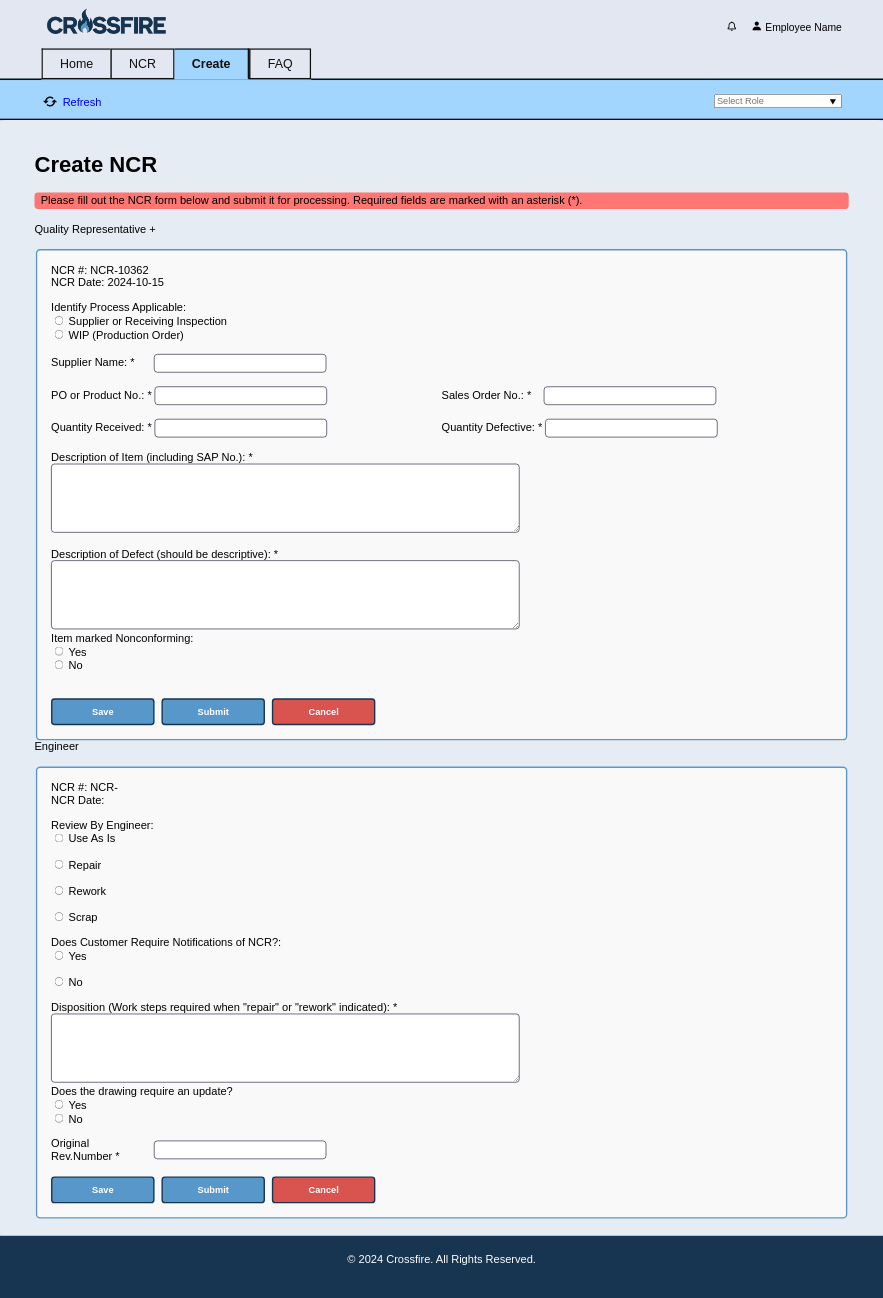
Repository: NyleNC/OSSProg1180
Page: OSS-CrossFire/create - Copy.html
These files come from the project's save history. The page is drawn as it stood at one moment and after the next save; the edit follows.
The browser window is 1280 px wide. The pictures show the whole page, at 69% of full size.

Above is the page before, as saved 2024-11-18 09:57:18.
Console error: TypeError: Cannot read properties of null (reading 'addEventListener')

### OSS-CrossFire/create - Copy.html
<!DOCTYPE html>
<html lang="en">
<head>
    <meta charset="UTF-8">
    <meta name="viewport" content="width=device-width, initial-scale=1.0">
    <title>CrossFireNCR</title>
    <!-- Google Fonts -->
    <link rel="preconnect" href="https://fonts.googleapis.com">
    <link rel="preconnect" href="https://fonts.gstatic.com" crossorigin>
    <link href="https://fonts.googleapis.com/css2?family=Merriweather+Sans:wght@300;400;500&display=swap" rel="stylesheet">

    <link href='https://unpkg.com/boxicons@2.1.4/css/boxicons.min.css' rel='stylesheet'>
    <link rel="stylesheet" href="style.css">
    <script src="script-create.js"></script>
</head>
<body>
    <header>
        <div class="global-header">
            <div class="logo">
                <img src="img/Crossfire-Logo-no-bkgd.png" alt="CrossFire Logo">
            </div>
            <div class="global-selection">

                <div class="notifications">
                    <a href="#" aria-label="Notifications"><i class='bx bx-bell'></i></a>
                </div>
                <div class="employee-info">
                    <i class='bx bxs-user' aria-hidden="true"></i>
                    <p>Employee Name</p>
                </div>

            </div>
        </div>

        <nav>
            <div class="navbar-pages">
                <ul>
                    <li ><a href="index copy.html">Home</a></li>
                    <li><a href="ncr.html">NCR</a></li>
                    <li class="active"><a href="create.html">Create</a></li>
                    <li><a href="faq.html">FAQ</a></li>
                </ul>
            </div>
            <div class="navbar-tools">
                <ul>
                    <li><i class='bx bx-refresh bx-sm' aria-hidden="true"></i><a href="ncr.html">Refresh</a></li>
                   <li class="ddlRole">
                    <input placeholder="Select Role" list="roles" name="role" id="roleInput" onchange="saveRole()">
                        <datalist id="roles">
                            <option value="Quality Rep">
                            <option value="Engineer">
                            <option value="Operations Manager">
                            <option value="Inspector">
                            <option value="Procurement">
                            <option value="Administrator">
                        </datalist>
                    </li>
                </ul>
            </div>
        </nav>
    </header>

    <main class="create-main">
        <h1>Create NCR</h1>
        <p class="edit-p">&nbsp; Please fill out the NCR form below and submit it for processing. Required fields are marked with an asterisk (*).</p>

        <div class="ncrSection">
            <div class="ncrSection-title">
                Quality Representative
                <span>+</span>
            </div>
            <form class="ncrSection-form" id="ncr-form" onsubmit="return validateForm()">
                <fieldset>

                    <div class="form-ncrNum">
                        <label for="ncrNumber">NCR #:</label>
                        <span id="ncrNumber">NCR-</span>
                    </div>
                    <div class="form-ncrDate">
                        <label for="ncrDate">NCR Date:</label>
                        <span id="ncrDate"></span>
                    </div><br>

                    <div class="lblIdf">
                        <label>Identify Process Applicable:</label>
                    </div>
                    <div class="form-ipa1">
                        <input type="radio" id="supp" name="process" value="suppotRec" onclick="enableDisableTextbox(this)">
                        <label for="supp">Supplier or Receiving Inspection</label><br>
                    </div>
                    <div class="form-ipa2">
                        <input type="radio" id="wip" name="process" value="supplier" onclick="enableDisableTextbox(this)">
                        <label for="wip">WIP (Production Order)</label>
                    </div><br>

                    <div class="form-group">
                        <label for="supplierName">Supplier Name: *</label>&nbsp;&nbsp;
                        <input type="text" id="supplierName" class="size-css" required pattern="[a-zA-Z ]{2,30}" title="Please enter a valid name (letters only).">
                    </div>

                    <div class="form-group">
                        <div class="left-side">
                            <label for="ProductNo">PO or Product No.: *</label>
                            <input type="text" id="ProductNo" required pattern="\d{5}" title="Please enter exactly 5 digits.">
                        </div>
                        <div class="left-side">
                            <label for="SaleOrderNo">Sales Order No.: *</label>&nbsp;&nbsp;&nbsp;
                            <input type="text" id="SaleOrderNo" required pattern="\d{5}" title="Please enter exactly 5 digits.">
                        </div>
                    </div>

                    <div class="form-group">
                        <div class="right-side">
                            <label for="quantityReceived">Quantity Received: *</label>
                            <input type="number" id="quantityReceived" required min="1" title="Please enter a valid quantity.">
                        </div>
                        <div class="right-side">
                            <label for="quantityDefective">Quantity Defective: *</label>
                            <input type="number" id="quantityDefective" required min="0" title="Please enter a valid quantity.">
                        </div>
                    </div>

                    <div class="form-ta-itemDes">
                        <label for="itemDescription">Description of Item (including SAP No.): *</label><br>
                        <textarea id="itemDescription" maxlength="3000" required></textarea>
                    </div><br>

                    <div class="form-ta-defDes">
                        <label for="defectDescription">Description of Defect (should be descriptive): *</label><br>
                        <textarea id="defectDescription" required></textarea>
                    </div>

                    <div class="lblImn">
                        <label>Item marked Nonconforming:</label>
                    </div>
                    <div class="form-Yes">
                        <input id="imnYes" name="nonconforming" type="radio" value="yes">
                        <label for="imnYes">Yes</label>
                    </div>
                    <div class="form-No">
                        <input id="imnNo" name="nonconforming" type="radio" value="no">
                        <label for="imnNo">No</label>
                    </div><br>

                    <div class="btnContainer">
                        <button type="save" class="btnSave">Save</button>
                        <button type="submit" class="btnSubmit">Submit</button>
                        <button type="button" class="btnCancel" onclick="goBack()">Cancel</button>
                    </div>
                </fieldset>
            </form>
        </div>

        <div class="ncrSection">
            <div class="ncrSection-title">Engineer</div>
            <form class="ncrSection-form" id="ncr-form" onsubmit="return validateForm()">
                <fieldset>

                    <div class="form-ncrNum">
                        <label for="ncrNumber">NCR #:</label>
                        <span id="ncrNumber">NCR-</span>
                    </div>
                    <div class="form-ncrDate">
                        <label for="ncrDate">NCR Date:</label>
                        <span id="ncrDate"></span>
                    </div><br>

                    <div class="lblIdf">
                        <label>Review By Engineer:</label>
                    </div>
                    <div class="form-ipa1">
                        <input type="radio" id="asIS" name="decsicion" value="asIS" >
                        <label>Use As Is</label>
                    </div><br>
                    <div class="form-ipa2">
                        <input type="radio" id="repair" name="decsicion" value="repair" >
                        <label>Repair</label>
                    </div><br>
                    <div class="form-ipa2">
                        <input type="radio" id="reWork" name="decsicion" value="reWork" >
                        <label>Rework</label>
                    </div><br>
                    <div class="form-ipa2">
                        <input type="radio" id="scrap" name="decsicion" value="scrap" >
                        <label>Scrap</label>
                    </div><br>

                    <div class="lblIdf">
                        <label>Does Customer Require Notifications of NCR?:</label>
                    </div>
                    <div class="form-ipa2">
                        <input type="radio" id="cusYes" name="cus" value="cusYes" >
                        <label>Yes</label>
                    </div><br>
                    <div class="form-ipa2">
                        <input type="radio" id="cusNO" name="cus" value="cusNO" >
                        <label >No</label>
                    </div><br>



                    <div class="form-ta-defDes">
                        <label for="disposition">Disposition (Work steps required when "repair" or "rework" indicated): *</label><br>
                        <textarea id="disposition" required></textarea>
                    </div>

                    <div class="lblImn">
                        <label>Does the drawing require an update?</label>
                    </div>
                    <div class="form-Yes">
                        <input id="imnYes" name="nonconforming" type="radio" value="yes">
                        <label for="imnYes">Yes</label>
                    </div>
                    <div class="form-No">
                        <input id="imnNo" name="nonconforming" type="radio" value="no">
                        <label for="imnNo">No</label>
                    </div><br>

                    <div class="form-group">
                        <label for="OgRev">Original Rev.Number *</label>&nbsp;&nbsp;
                        <input type="text" id="OgRev" class="size-css" required pattern="[a-zA-Z ]{2,30}" title="Please enter exactly 5 digits.">
                    </div>




                    <div class="btnContainer">
                        <button type="save" class="btnSave">Save</button>
                        <button type="submit" class="btnSubmit">Submit</button>
                        <button type="button" class="btnCancel" onclick="goBack()">Cancel</button>
                    </div>
                </fieldset>
            </form>
        </div>

    </main>

    <div id="successPopup" class="popup" style="display:none;">
        <div class="popup-content">
            <p>NCR created successfully!</p>
            <p>What would you like to do next?</p>
            <button onclick="createAnotherNCR()">Create Another NCR</button>
            <button onclick="viewAllNCRs()">View All NCRs</button>
            <button onclick="closePopup()">Close</button>
        </div>
    </div>

    <footer class="ncr-footer">
        <p>&copy; 2024 Crossfire. All Rights Reserved.</p>
    </footer>

    <script src="script-view.js"></script>
</body>
</html>

Loaded but not shown: OSS-CrossFire/script-view.js (123 lines, source omitted); OSS-CrossFire/script-create.js (14 lines, source omitted); OSS-CrossFire/style.css (850 lines, source omitted)

After the next save:
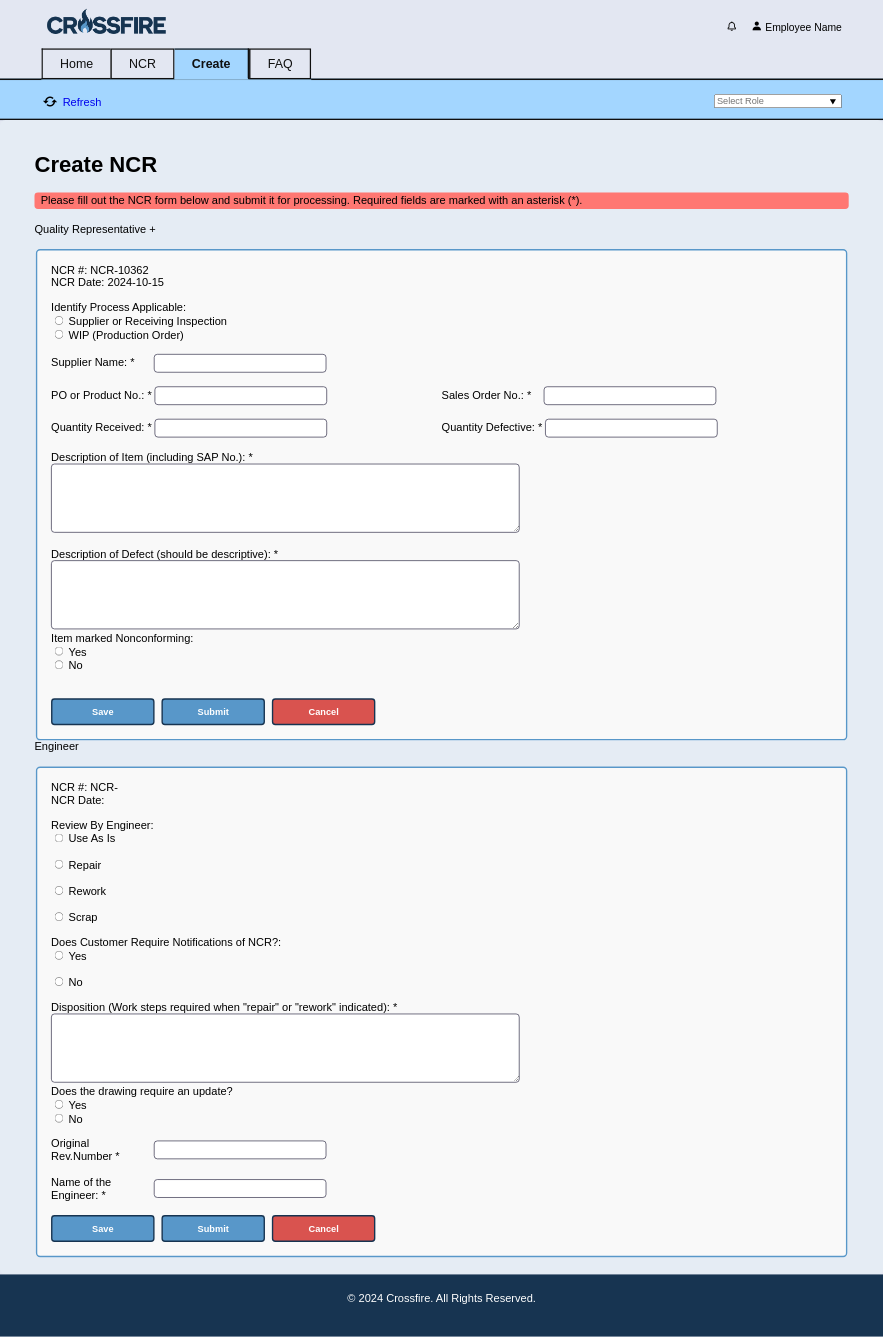
Saved 93 s later.
--- a/OSS-CrossFire/create - Copy.html
+++ b/OSS-CrossFire/create - Copy.html
@@ -221,6 +221,10 @@
                         <input type="text" id="OgRev" class="size-css" required pattern="[a-zA-Z ]{2,30}" title="Please enter exactly 5 digits.">
                     </div>
 
+                    <div class="form-group">
+                        <label for="OgEng">Name of the Engineer: *</label>&nbsp;&nbsp;
+                        <input type="text" id="OgEng" class="size-css" title="Please enter the name of the Original Engineer">
+                    </div>
 
 
 
